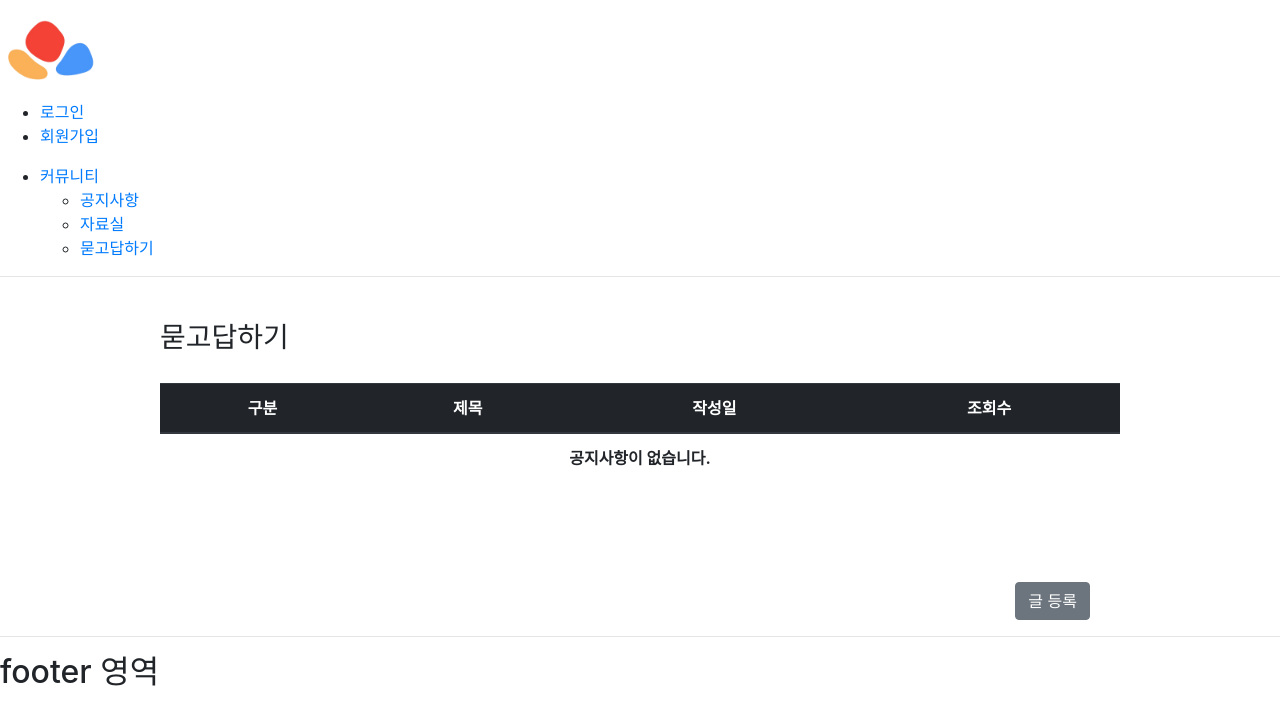
Repository: rnjsmj/pro01
Page: http://localhost/pro01/qna/qnaList.jsp
The author's editor kept a copy of each file at every save. The page is drawn from the files as they stood at one save, then again after the next save.
The browser window is 1280 px wide. The pictures show the whole page.
The page is served by Tomcat 9. Nobody is signed in. The application's start-up code is not run. The template is opened directly, without the code that normally fills it, so the values that code supplies are empty.

Above is the page before, as saved 2024-04-13 07:41:19.

After the next save:
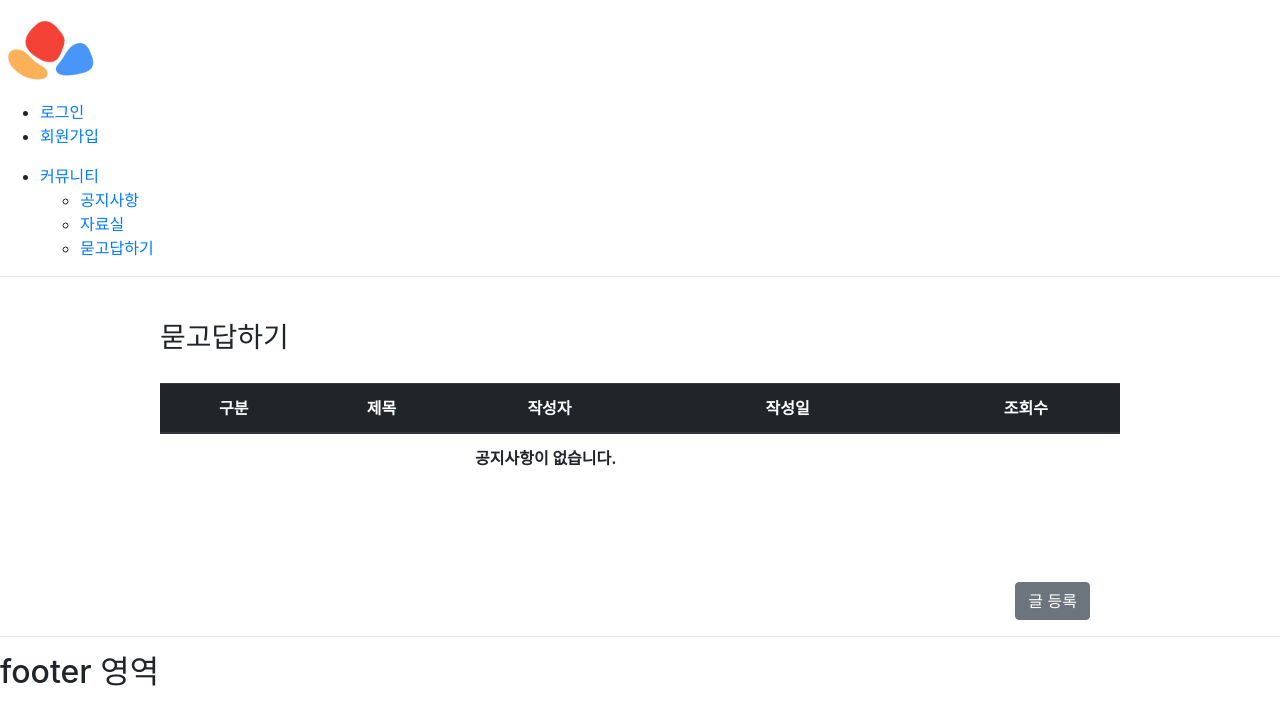
Saved 26 s later.
--- a/pro01/WebContent/qna/qnaList.jsp
+++ b/pro01/WebContent/qna/qnaList.jsp
@@ -40,6 +40,7 @@
 						<tr>
 							<th class="th-sep">구분</th>
 							<th class="th-title">제목</th>
+							<th class="th-aid">작성자</th>
 							<th class="th-resdate">작성일</th>
 							<th class="th-visited">조회수</th>
 						</tr>
